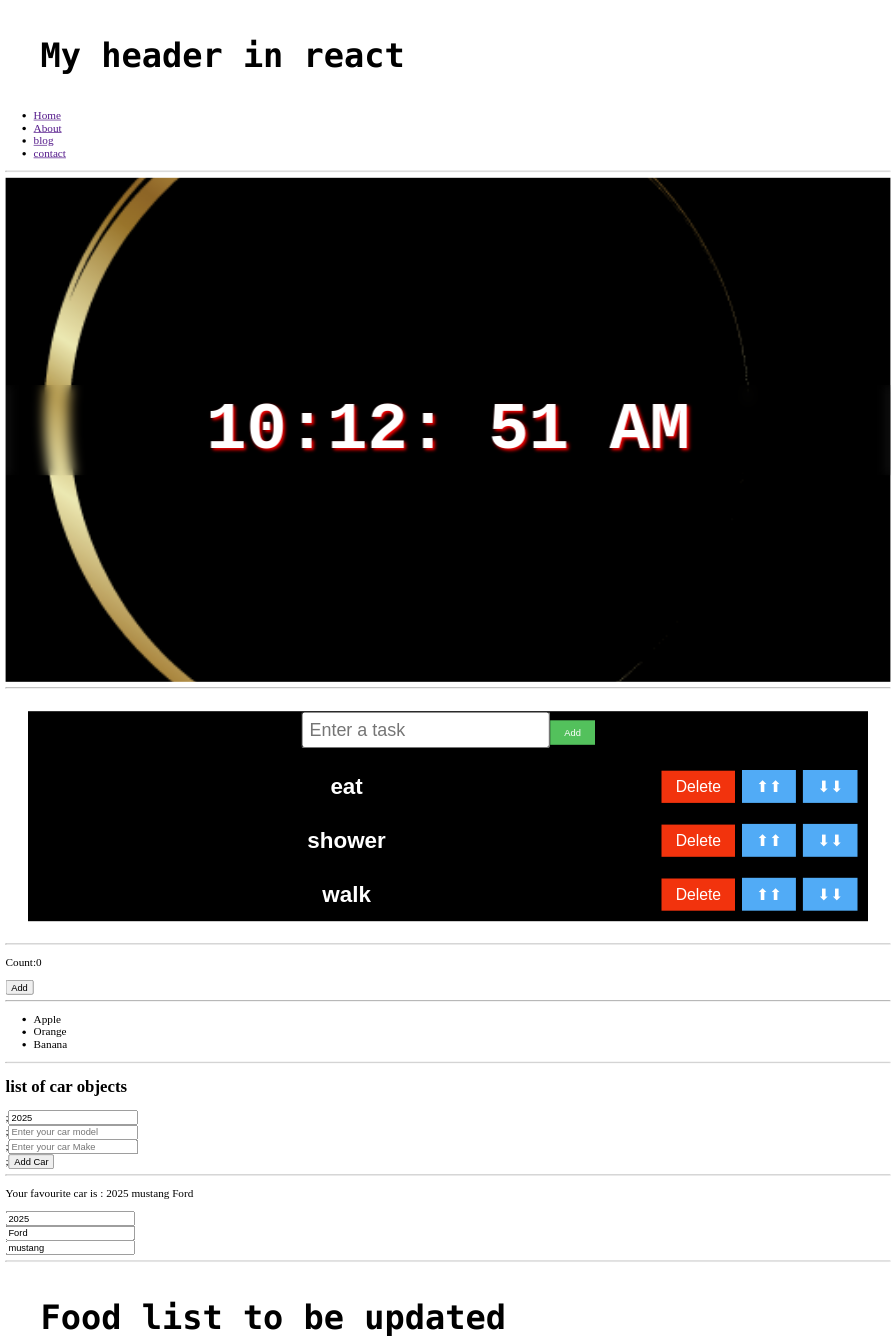
Repository: profbkmurage/reactLearning
Page: /
These files come from the project's save history. The page is drawn as it stood at one moment and after the next save; the edit follows.
The browser window is 1280 px wide. The pictures show the part of the page from y = 0 to 1920 px (the page is 6570 px tall before and 6352 px after), at 70% of full size.
Backgrounds fixed to the window are drawn as part of the page. The project was rebuilt for these pictures with package versions that can differ from the ones it lists, and the page was loaded fresh each time. Also part of the build but not shown: vite.config.js.

Above is the page before, as saved 2025-02-14 22:17:59.

### src/App.jsx
import Header from "./header";
import Footer from "./footer";
import Food from "./Food";
import Card from "./Card";
import Person from "./reactProps";
import profilePic from './assets/bk.jpg';
import UserGreeting from "./usergreeting";
import List from "./List";
import ReusableList from "./ReusableList";
import Button from "./Button";
import PicHide from "./PicHide";
import MyComponent from "./MyComponent.jsx"
import Counter from "./Counter.jsx";
import ChangeHandler from "./OnchangeFile.jsx";
import ColorPicker from "./ColorPicker.jsx";
import UpdaterFunction from "./UpdaterFunctions.jsx";
import FoodUpdater from "./FoodUpdater.jsx";
import CarUpdater from "./CarUpdater.jsx";
import ToDooList from "./ToDoo.jsx";
import ComponetMain from "./UseEffectLearn.jsx";
import DigitalClock from "./DigitalClock.jsx";

function App() {

    const fruits = [{ id:1 ,name: 'Banana', carlories: 50 },
                    { id: 2,name: 'orange', carlories: 95 },
                    { id: 3,name: 'Tomato', carlories: 125 },
                    { id: 4,name: 'Kiwi', carlories: 150 }
                    // the id willl help to give the key value which is necessary for react to keep track of the data in the list
    ];

    const vegetables = [{ id:5 ,name: 'Cabbage', carlories: 50 },
                    { id: 6,name: 'Kales', carlories: 95 },
                    { id: 7,name: 'Apple', carlories: 125 },
                    { id: 8,name: 'Brocolli', carlories: 150 }
                    // the id willl help to give the key value which is necessary for react to keep track of the data in the list
    ];

    const cars = [
    ];

  return (
    // since the retun statement here can only return one component, we tie all components in a fragment
    <>
      <Header></Header> {/* //can also be written as <Header/> */}

      <hr />
      <DigitalClock />
      <hr />
      <ToDooList />
      <hr />
      <ComponetMain />
      <hr />
      <Food />
      <hr />
      <CarUpdater/>
      <hr />
      <UpdaterFunction/>
      <hr />
      <FoodUpdater/>
      <hr />
      <List/> {/*this pulls from one componet that is not reusable*/}
      <hr />
      <ColorPicker/>
      <hr />
      <Counter/>
      <hr />
      <ChangeHandler/>
      <hr />
      <PicHide/>
      <hr />
     <MyComponent/>
      <hr />
      <Button/>
      <hr />
      <hr />
      <ReusableList items={fruits} cartegory ='Fruits'/> {/*this pulls from one componet that is reusable*/}
      <ReusableList items={vegetables} cartegory ='Vegetables '/> {/*this pulls from one componet that is reusable*/}
      {cars.length > 0 && <ReusableList items={cars} cartegory='Cars ' />} {/*this will render the car list conditionally such that when the list is empty then it will not appear on the frontend*/}
      <hr />

      <UserGreeting isLoggedIn= {true} userName= 'Prof'/>
      <hr />

      <Card/>
      <Card/>
      <hr />

      <Person name='Ben' imgsrc={profilePic} isStudent={false} description='lorem ihhdfcuyhyghfvvayhgjkjeijijeij' age={45} />
      <Person/>
      <hr />

      <Footer/>
    </>
  )
}
// card
export default App

### src/header.jsx

function Header() {
    // react components are only able to return one elememt only but you can tie children in the elements
    return (
        <header>
            <h1>My header in react</h1>
            <nav>
                <ul>
                    <li><a href="">Home</a></li>
                    <li><a href="">About</a></li>
                    <li><a href="">blog</a></li>
                    <li><a href="">contact</a></li>
                </ul>
            </nav>
        </header>
    )
}

export default Header;

### src/footer.jsx
function Footer() {
    return (
        <footer>
            <p>&copy;{new Date().getFullYear()} all rights reseved</p>
        </footer>
    )
}

export default Footer

### src/Food.jsx
function Food() {
    const food1 = 'Orange';
    const food2 = 'Banana';

    return (
        <ul>
            <li>Apple</li>
            <li>{food1}</li>
            <li>{food2}</li>
        </ul>
    )
}

export default Food

### src/Card.jsx
import profilePic from "./assets/bk.jpg"

function Card() {
    return (
        <div className="card">
            <img className="cardImage" src={profilePic} alt="" />
            <h2 className="cardTitle">Brian Murage</h2>
            <p className="cardText">I am a student currently taking a bachelors degree in education science</p>
        </div>
    );
}

export default Card

### src/reactProps.jsx
// you have to import proptypes so as to use and create the property types
import propTypes from "prop-types";
import defaultPic from "./assets/bk.jpg"

function Person(props) {
    return (
         <div className="card">
            <img className="cardImage" src={props.imgsrc} alt="a pic here" />
            <h2 className="cardTitle">{props.name}</h2>
            <p className="cardText">{props.description}</p>
            <p className="cardText">{props.age}</p>
            <p className="cardText">{props.isStudent ? 'yes' : 'no'} </p>
        </div>
    )
}

Person.propTypes = {
    name: propTypes.string,
    age: propTypes.number,
    description: propTypes.string,
    imgsrc: propTypes.string,
    isStudent: propTypes.bool
}
// props can have default values such that when not defined, these will take effect
Person.defaultProps = {
     name: 'no defined name',
    age: 'age not defined',
    description: 'no defined value here',
    imgsrc: defaultPic,
    isStudent: false
}

export default Person

### src/usergreeting.jsx
import propTypes from"prop-types"

function UserGreeting(props) {
    // if (props.isLoggedIn) {
    //     return (
    //         <h2>Welcome {props.userName}</h2>
    //     )
    // }this can be replced by a tenary operation
    const logInMessage = <h2 className="login-prompt">please login to continue</h2>;
    const loggedInMessage = <h2 className="welcome-message">welcome {props.userName}</h2>;

    return(props.isLoggedIn ? loggedInMessage : logInMessage)

}

UserGreeting.propTypes = {
    userName: propTypes.string,
    isLoggedIn: propTypes.bool
}

export default UserGreeting;

### src/List.jsx


function List() {
    const fruits = [{ id:1 ,name: 'Banana', carlories: 50 },
                    { id: 2,name: 'orange', carlories: 95 },
                    { id: 3,name: 'Tomato', carlories: 125 },
                    { id: 4,name: 'Kiwi', carlories: 150 }
                    // the id willl help to give the key value which is necessary for react to keep track of the data in the list
    ];
    // we can sort the list before we display it
    //fruits.sort((a, b) => a.name.localeCompare(b.name));  //this is using alphabetical
    // fruits.sort((a, b) => b.name.localeCompare(a.name));  //this is using reverse alphabetical

    // sorting by numerical values
    // fruits.sort((a,b) => b.carlories - a.carlories)

    // sorting by a specific criterion eg. get all that are greater than 94
    const lowCarlories = fruits.filter(fruit => fruit.carlories > 94);

    const listItems = lowCarlories.map(lowCarlorie => <li key={lowCarlorie.id}>
                                            {lowCarlorie.name} &nbsp;
                                            {lowCarlorie.carlories}
                                            </li>);
    return (
        <ol>{listItems}</ol>
    )
}

export default List

### src/ReusableList.jsx
import propTypes from 'prop-types';

function ReusableList(props) {
    const cartegory = props.cartegory;
    const itemList = props.items;

    const listItems = itemList.map(item => <li key={item.id}>
                                    {item.name}: &nbsp;
                                    <b>{item.calories}</b>
                                </li> );
    return (<>
        <h3 className='list-cartegory'>{cartegory}</h3>
        <ol className='list-item'>{listItems}</ol>
    </>)
}

ReusableList.propTypes = {
    cartegory : propTypes.string,
    items: propTypes.arrayOf(propTypes.shape({
        id: propTypes.number,
        name: propTypes.string,
        calories: propTypes.number
    }))
}

ReusableList.defaultProps = {
    cartegory: 'Cartegory',
    items: []
}

export default ReusableList;

### src/Button.jsx
function Button() {
    // const handleClick = () => alert('Hi there');

    let count = 0;
    const handleClickParams = (name) => {
        if (count < 3) {
            count++;
            alert(`${name} you clicked me ${count} times!`);
        } else {
            alert(name + ' stop clicking me now!')
        }

    }
    return (
        <>
        {/* <button onClick ={handleClick}>click me now 😂😂</button> */}
            <button onClick={()=>handleClickParams('Brian')}>click me now 😂😂</button>
            </>
    )
}

export default Button

### src/PicHide.jsx
function PicHide() {
    const imgURL = './src/assets/bk.jpg';

    const handleClick = (e) => e.target.style.display = 'none';

    return (
        <img onClick={(e)=> handleClick(e)} src={imgURL} alt="" ></img>
    )
}

export default PicHide

### src/MyComponent.jsx
import {useState} from "react";

function MyComponent() {
    const [name, setName] = useState('Guest');
    const [age, setAge] = useState(0);
    const [isEmployed, setIsEmployed] = useState(false);

    const updateName = () => {
        setName('Oswad Coberpolt')
    }

    const incrementAge = () => {
        setAge(age + 1);
    }

    const toogleEmployedStatus = () => {
        setIsEmployed(!isEmployed);
    }

    return (
        <div>
            <p>Name: {name}</p>
            <button onClick={updateName}>Set Name</button>

            <p>Age: {age}</p>
            <button onClick={incrementAge}>Set age</button>

            <p>Is Employed: {isEmployed?'Yes': 'No'}</p>
            <button onClick={toogleEmployedStatus}>Toogle employment status</button>
        </div>
    )
}

export default MyComponent;

### src/Counter.jsx
import  { useState } from "react";

function Counter() {
    let [counter, setCounter] = useState(0);

    const increment = () => {
        setCounter(counter++);
    }

    const decrement = () => {
        setCounter(counter--);
    }

    const reset = () => {
        setCounter(0);
    }

    return (
        <div className="counter-div">
            <p className="count-display">{counter}</p>
            <button onClick={decrement} className="bttn counter-decrease">Deacrese</button>
            <button onClick={reset} className="bttn reset">reset</button>
            <button onClick={increment} className="bttn increase">increase</button>
        </div>
    )

}

export default Counter

### src/OnchangeFile.jsx
import { useState } from "react";

function ChangeHandler() {
    const [name, setName] = useState('Your name here');
    const [quantity, setQuantity] = useState(0);
    const [paymentMode, setPaymentMode] = useState('Select only one');
    const [shippingMethod,setShipMethod] = useState('')

    function handleNameChange(event) {
        setName(event.target.value);
    }

    function handleQuantity(event) {
        setQuantity(event.target.value);
    }

    function handlePaymentMode() {
        setPaymentMode(event.target.value);
    }

    function handleShipment(event) {
        setShipMethod(event.target.value);
    }

    return (
        <div>
            <input type="text" value={name} onChange={handleNameChange} />
            <p>Name: {name}</p>

            <input type="number" value={quantity} onChange={handleQuantity } />
            <p>quantity: {quantity}</p>

            <select name="" id="" value={paymentMode} onChange={handlePaymentMode}>
                <option value="">select one</option>
                <option value="visa">visa</option>
                <option value="master">master</option>
                <option value="giftCard">giftCard</option>
                <option value="mpesa">mpesa</option>
            </select>
            <p>Payment: {paymentMode}</p>
            <br />
            <label >
                <input type="radio" value='pick up' checked = {shippingMethod === 'pick up'} onChange={handleShipment} />
                pick up
            </label><br />
            <br />
            <label >
                <input type="radio" value='delivery' checked = {shippingMethod === 'delivery'} onChange={handleShipment} />
                delivery
            </label><br />
            <p>Shippment Method: {shippingMethod}</p>
        </div>
    )
}

export default ChangeHandler;

### src/ColorPicker.jsx
import { useState } from "react";

function ColorPicker() {
    const [color, setColor] = useState("#ffffff");

    function handleColorChange(event) {
        setColor(event.target.value)
    }

    return (
        <div className="color-picker-container">
            <h1>Color Picker</h1>
            <div className="color-display" style={{ backgroundColor: color }}>
                <p>Selected color: {color}</p>
            </div>
            <label htmlFor="">Select a color: </label>
            <input type="color" value={color} onChange={handleColorChange} />
        </div>
    )
}

export default ColorPicker;

### src/UpdaterFunctions.jsx
import { useState } from "react";

function UpdaterFunction() {
    const [car, setCar] = useState({
        year: 2025,
        make: "Ford",
        model: "mustang"
    })

    function handleYearChange(event) {
        setCar(c => ({ ...c, year: event.target.value }));
        // the spread operator ...car must be used so that when updating, the car object retains the other property other than the year preoperty
}
    function handleModelChange(event) {
        setCar(c => ({ ...c, model: event.target.value}));

}
    function handleMakeChange(event) {
        setCar(c => ({ ...c, make: event.target.value }));
}

    return (
        <div>
            <p>Your favourite car is : {car.year} {car.model} {car.make}</p>
            {/* the goal here is to have the data in the paragraph change depending on what the user wants, so we need to have some inputs */}
            <input type="number" value={car.year} onChange={handleYearChange}/><br />

            <input type="text" value={car.make}onChange={handleMakeChange} /><br />
            <input type="text" value={car.model} onChange={handleModelChange} /><br />
        </div>
    );
}

export default UpdaterFunction;

### src/FoodUpdater.jsx
import { useState } from "react";

function FoodUpdater() {
    const [foods, setFoods] = useState(['Apple', 'Banana', 'orange', 'pearch']);

    function handleAddFood() {
        const newFood = document.getElementById('foodInput').value;
        document.getElementById('foodInput').value = '';

        setFoods(f => [...f, newFood]);

    }
    function handleRemoveFood(index) {
        setFoods(foods.filter((_,i)=>i!==index))
    }

    return (
        <div>
            <h1>Food list to be updated</h1>
            <ul>
                {foods.map((food, index) => <li key={index} onClick={()=>handleRemoveFood(index)}>{food}</li>)}
            </ul>

            <input type="text" id="foodInput" placeholder="Enter your favourite food to add to list" />
            <button onClick={handleAddFood}>Add Food</button>
        </div>
    )

}

export default FoodUpdater;

### src/CarUpdater.jsx
import { useState } from "react";

function CarUpdater() {
    const [cars, setCars] = useState([]);
    const [carYear, setCarYear] = useState(new Date().getFullYear());
    const [carMake, setCarMake] = useState('');
    const [carModel, setCarModel] = useState('')

    // function to add car and remove it
    function handleAddCar() {
        const newCar = {
            year: carYear,
            make: carMake,
            model: carModel
        };
        setCars(c => [...c, newCar]);
        setCarMake('');
        setCarModel('');
        setCarYear(new Date().getFullYear());
    }

    function handleRemoveCar(index) {
        setCars(c => c.filter((_, i) => i !== index));
    }
    // ?function to add year
    function handleYearChange(event) {
        setCarYear(event.target.value);
    }

    // function to add make
    function handleMakeChange(event) {
        setCarMake(event.target.value);
    }
    // function to add model
    function handleModelChange(event) {
        setCarModel(event.target.value);
    }
    return (
        <div>
            <h2>list of car objects</h2>
            <ul>
                {cars.map((car, index) =>
                    <li key= {index} onClick={()=>handleRemoveCar(index)} >
                        {car.year} {car.model} {car.make}
                </li>
            )}
            </ul>;
        <input type="number" value= {carYear} onChange={handleYearChange} /><br/>;
        <input type="text" placeholder="Enter your car model" value= {carModel} onChange={handleModelChange} /><br/>;
        <input type="text" placeholder="Enter your car Make" value= {carMake} onChange={handleMakeChange} /><br/>;
        <button onClick={handleAddCar}>Add Car</button>
        </div>
    );
}

export default CarUpdater

### src/UseEffectLearn.jsx
import { useState, useEffect } from "react";

function ComponetMain() {
    const [count, setCount] = useState(0);

    // useeffect should be placed near the top
    useEffect(() => {
        document.title = `count: ${count}`;
    },[count]) //the second argument is a dependacy which tells react to update our title only when ther dependacy changes

    function addCount() {
        setCount(c => c + 1);
    }

    return (
        <div>
            <p>Count:{count} </p>
            <button onClick={addCount}>Add</button>
        </div>
    )
}

export default ComponetMain;

### src/DigitalClock.jsx
import { useEffect, useState } from "react";

function DigitalClock() {
    const [time, setTime] = useState(new Date());

    useEffect(() => {
        const intervalId = setInterval(() => {
            setTime(new Date());
        }, 1000);
        return () => {
            clearInterval(intervalId);
        }
    }, []);

    function formatTime() {
        let hours = time.getHours();
        let minutes = time.getMinutes();
        let seconds = time.getSeconds();
        let meridiem = hours >= 12 ? 'PM' : 'AM';

        hours = hours % 12 || 12;

        return`${padZero(hours)}:${padZero(minutes)}: ${padZero(seconds)} ${meridiem}`
     }
    function padZero(number) {
         return (number <10 ? '0' : '')+ number
     }
    return (
        <div className="clock-body">
        <div className="clock-container">
            <div className="clock">
                <span>
                    {formatTime()}
                    </span>
            </div>
            </div>
            </div>
    );
}

export default DigitalClock;

Loaded but not shown: index.html (common file); src/main.jsx (common file); src/index.css (242 lines, source omitted); src/ToDoo.jsx (66 lines, source omitted)

After the next save:
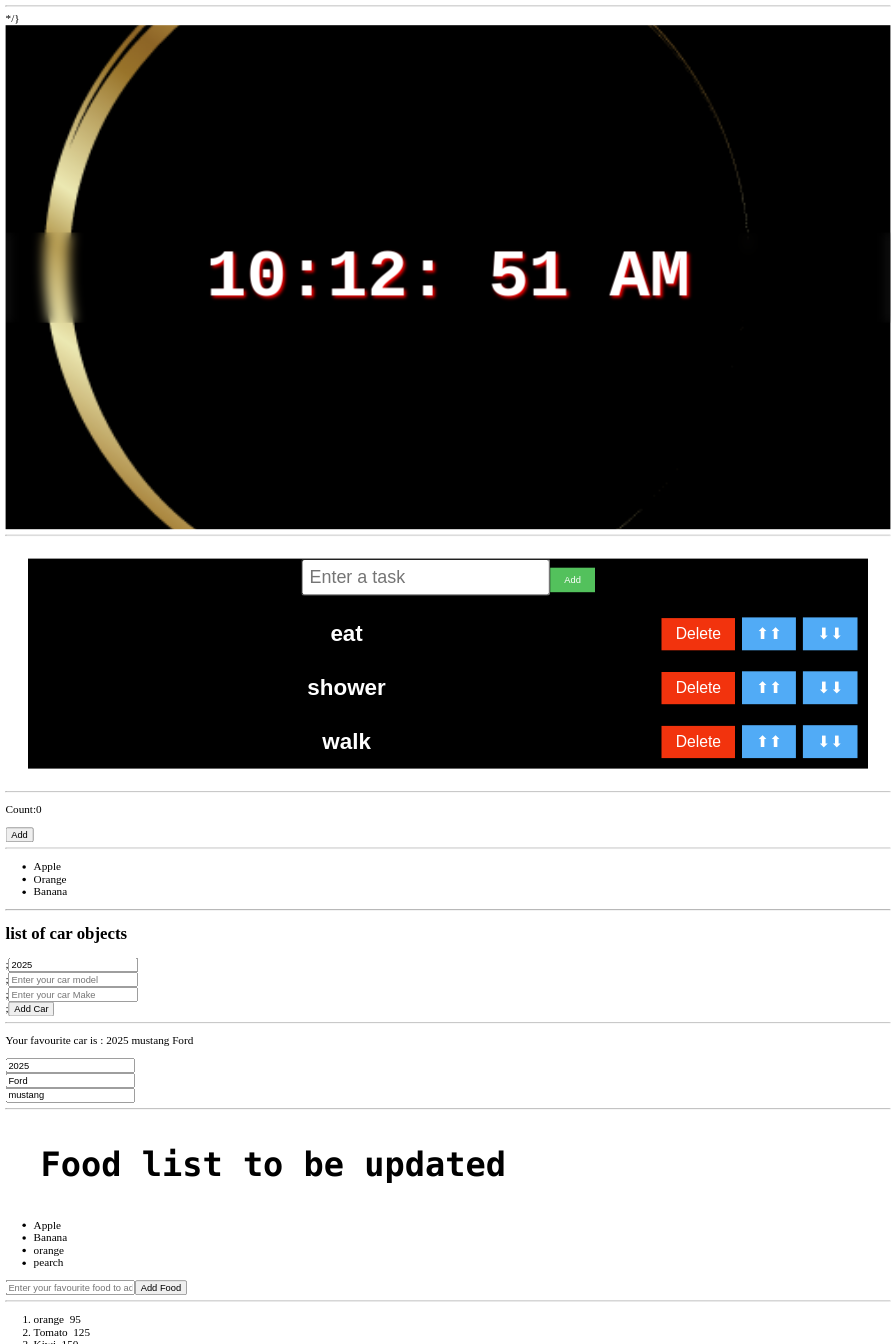
Saved 36 s later.
--- a/src/App.jsx
+++ b/src/App.jsx
@@ -42,9 +42,9 @@
   return (
     // since the retun statement here can only return one component, we tie all components in a fragment
     <>
-      <Header></Header> {/* //can also be written as <Header/> */}
+      {/* <Header></Header> {/* //can also be written as <Header/> */}
 
-      <hr />
+      <hr /> */}
       <DigitalClock />
       <hr />
       <ToDooList />

After the save that followed:
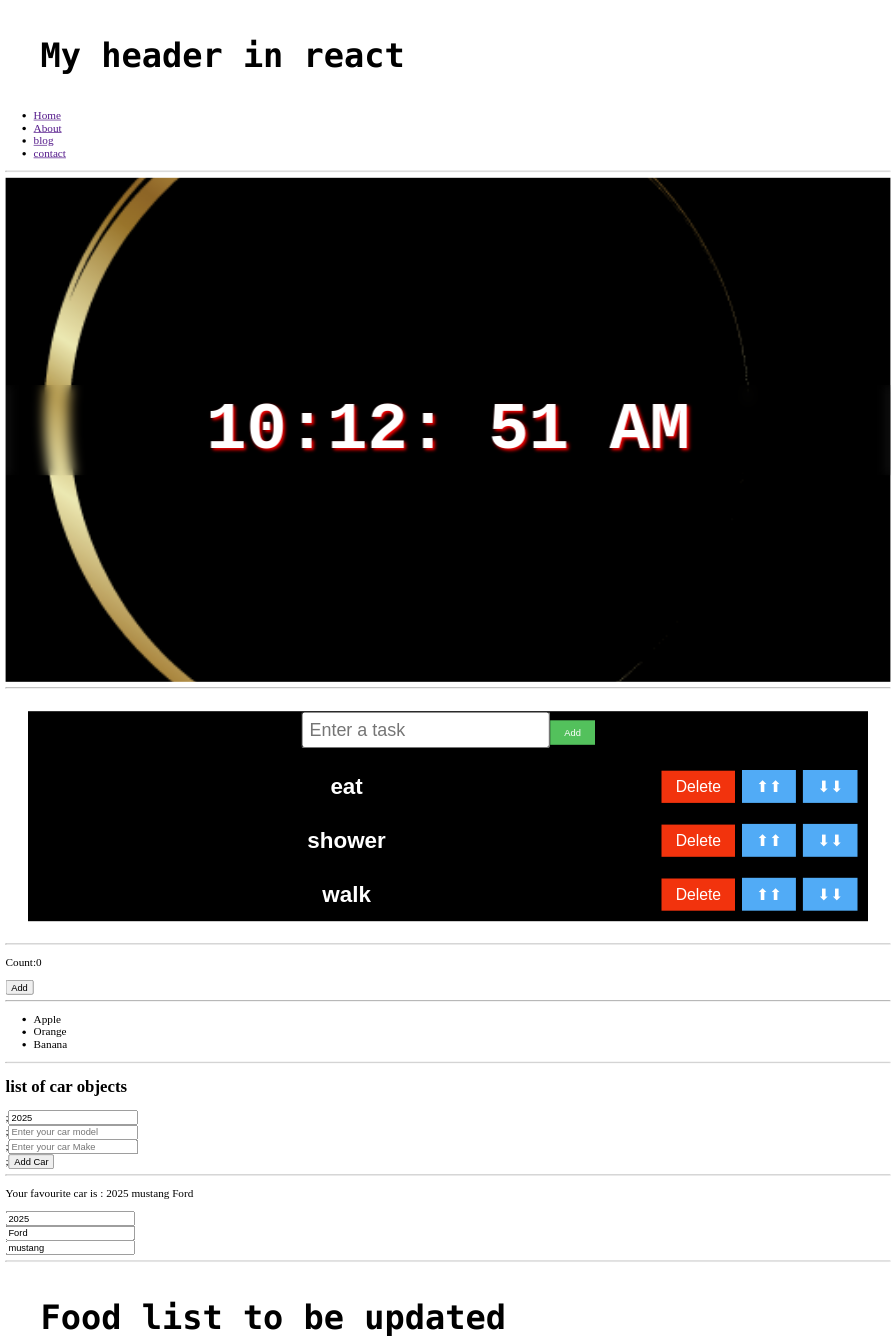
Saved 4 s later.
--- a/src/App.jsx
+++ b/src/App.jsx
@@ -42,9 +42,9 @@
   return (
     // since the retun statement here can only return one component, we tie all components in a fragment
     <>
-      {/* <Header></Header> {/* //can also be written as <Header/> */}
+      <Header></Header> {/* //can also be written as <Header/> */}
 
-      <hr /> */}
+      <hr />
       <DigitalClock />
       <hr />
       <ToDooList />
